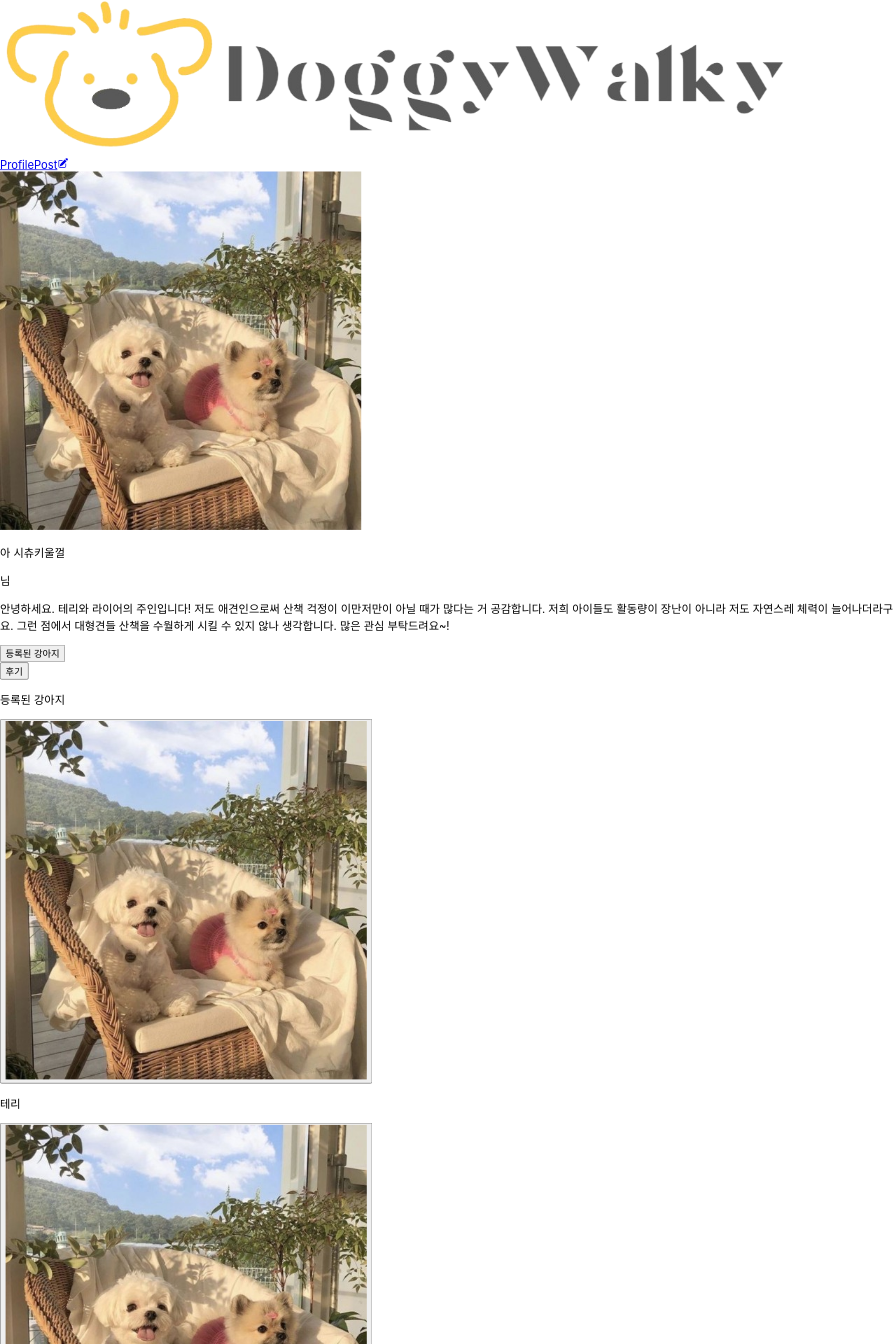
Repository: DoggyWalky/DoggyWalkyFront
Page: /Profile
The author's editor kept a copy of each file at every save. The page is drawn from the files as they stood at one save, then again after the next save.
The browser window is 1280 px wide. The pictures show the part of the page from y = 0 to 1920 px (the page is 8314 px tall before and 8316 px after), at 70% of full size.
The project was rebuilt for these pictures with package versions that can differ from the ones it lists, and the page was loaded fresh each time. Also part of the build but not shown: webpack.config.js, src/pages/NotFound.jsx, src/hooks/useScrollFadeIn.jsx, src/hooks/useScrollClipPath.jsx, src/hooks/useScrollCount.jsx, src/components/Introduce.jsx, src/components/Banner.jsx, src/pages/Home.jsx and 14 more.

Above is the page before, as saved 2024-03-02 23:56:26.

### public/index.html
<!DOCTYPE html>
<html lang="en">
  <head>
    <meta charset="utf-8" />
    <link rel="icon" href="%PUBLIC_URL%/favicon.ico" />
    <meta name="viewport" content="width=device-width, initial-scale=1" />
    <meta name="theme-color" content="#000000" />
    <meta
      name="description"
      content="Web site created using create-react-app"
    />
    <link rel="apple-touch-icon" href="%PUBLIC_URL%/logo192.png" />
    <!--
      manifest.json provides metadata used when your web app is installed on a
      user's mobile device or desktop. See https://developers.google.com/web/fundamentals/web-app-manifest/
    -->
    <link rel="manifest" href="%PUBLIC_URL%/manifest.json" />
    <!--
      Notice the use of %PUBLIC_URL% in the tags above.
      It will be replaced with the URL of the `public` folder during the build.
      Only files inside the `public` folder can be referenced from the HTML.

      Unlike "/favicon.ico" or "favicon.ico", "%PUBLIC_URL%/favicon.ico" will
      work correctly both with client-side routing and a non-root public URL.
      Learn how to configure a non-root public URL by running `npm run build`.
    -->
    <title>DoggyWalky</title>
  </head>
  <body>
    <noscript>You need to enable JavaScript to run this app.</noscript>
    <div id="root"></div>
    <script
      type="text/javascript"
      src="https://static.nid.naver.com/js/naveridlogin_js_sdk_2.0.0.js"
      charset="utf-8"
    ></script>
    <!--
      This HTML file is a template.
      If you open it directly in the browser, you will see an empty page.

      You can add webfonts, meta tags, or analytics to this file.
      The build step will place the bundled scripts into the <body> tag.

      To begin the development, run `npm start` or `yarn start`.
      To create a production bundle, use `npm run build` or `yarn build`.
    -->
  </body>
</html>

### src/index.js
import React from 'react';
import ReactDOM from 'react-dom/client';
import './index.css';
import reportWebVitals from './reportWebVitals';
import { RouterProvider, createBrowserRouter } from 'react-router-dom';
import App from './App';
import NotFound from './pages/NotFound';
import Home from './pages/Home';
import NewPost from './pages/NewPost';
import AllPosts from './pages/AllPosts';
import PostDetail from './pages/PostDetail';
import Profile from './pages/Profile';
import ModifyPost from './pages/ModifyPost';
import Chat from './pages/Chat';
import ReviewInput from './components/ReviewInput';
import PetcardDetail from './components/PetcardDetail';
import ModifyProfile from './pages/ModifyProfile';
import ModifyPet from './pages/ModifyPet';
import PetRegister from './pages/PetRegister';

const router = createBrowserRouter([
  {
    path: '/',
    element: <App />,
    errorElement: <NotFound />,
    children: [
      { index: true, path: '/', element: <Home /> },
      { path: '/Posts', element: <AllPosts /> },
      { path: '/Posts/new', element: <NewPost /> },
      { path: '/Posts/id', element: <PostDetail /> },
      { path: '/Profile', element: <Profile /> },
      { path: '/ModifyPost', element: <ModifyPost /> },
      { path: '/ModifyProfile', element: <ModifyProfile /> },
      { path: '/ModifyPet', element: <ModifyPet /> },
      { path: '/PetRegister', element: <PetRegister /> },
    ],
  },
  { path: '/Chat', element: <Chat /> },
  { path: '/ReviewInput', element: <ReviewInput /> },
  { path: '/PetcardDetail', element: <PetcardDetail /> },
]);

const root = ReactDOM.createRoot(document.getElementById('root'));
root.render(
  <React.StrictMode>
    <RouterProvider router={router} />
  </React.StrictMode>
);

reportWebVitals();

### src/App.js
import Footer from './components/Footer';
import Navbar from './components/Navbar';
import Fab from './components/Fab';
import { Outlet } from 'react-router-dom';

function App() {
  return (
    <>
      <Navbar />
      <Outlet />
      <Footer />
      <Fab />
    </>
  );
}

export default App;

### src/pages/Profile.jsx
import React from 'react';
import MemberProfile from '../components/MemberProfile';
import Review from '../components/Review';

function ReviewInputButton() {
  const openNewWindow = () => {
    window.open('/ReviewInput', '_blank', 'width=400,height=600');
  };

  return (
    <>
      <div className='mt-28 w-3/4 m-auto'>
        <div className=' '>
          <MemberProfile />
        </div>
        <div id='section2'>
          {/* className='m-auto border-t-4 border-brand ' */}
          <div className='flex items-center justify-center pt-28 mb-12'>
            <p className='font-bold text-4xl text-center  m-auto'>후기</p>
            <button>
              <img
                src='images/review.png '
                alt='review'
                className='w-12 '
                onClick={openNewWindow}
              />
            </button>
          </div>
          <div class='snap-x ... flex mb-48 overflow-x-auto p-4 shadow-2xl rounded-2xl'>
            <div class='snap-center ...'>{<Review />}</div>
            <div class='snap-center ...'>{<Review />}</div>
            <div class='snap-center ...'>{<Review />}</div>
            <div class='snap-center ...'>{<Review />}</div>
            <div class='snap-center ...'>{<Review />}</div>
          </div>
        </div>
      </div>
    </>
  );
}

export default ReviewInputButton;

### src/components/Footer.jsx
import React from 'react';
import { FaGithub } from 'react-icons/fa';

export default function Footer() {
  return (
    <div className='relative left-1/2 transform -translate-x-1/2 w-screen bg-blue h-48 text-center  '>
      <div className='w-full h-full grid justify-center items-center'>
        <div className=' flex text-white font-bold text-xl'>
          <FaGithub className='text-2xl mr-2' />
          <a
            href='https://github.com/DoggyWalky'
            target='_blank'
            rel='noopener noreferrer'
            className='hover:underline hover:text-lightYellow1'
          >
            https://github.com/DoggyWalky
          </a>
        </div>
      </div>
    </div>
  );
}

### src/components/Navbar.jsx
import React, { useCallback, useEffect, useState } from 'react';
import { Link, useLocation } from 'react-router-dom';
import { HiPencilSquare } from 'react-icons/hi2';
import naverLogin from './member/naverLogin';

export default function Navbar() {
  const [isScroll, setIsScroll] = useState(false);
  const [isHome, setIsHome] = useState(true);
  const location = useLocation();

  const handleScroll = useCallback(() => {
    if (window.scrollY > 0) {
      setIsScroll(true);
    }
    if (window.scrollY === 0) {
      setIsScroll(false);
    }
  }, []);

  useEffect(() => {
    window.addEventListener('mousewheel', handleScroll);
    return () => {
      window.removeEventListener('mousewheel', handleScroll);
    };
  }, [handleScroll]);

  useEffect(() => {
    setIsHome(location.pathname === '/');
  }, [location.pathname]);

  return (
    <div
      className={`fixed z-50 top-0 w-full left-0 transition-all duration-200 ease-in-out bg-opacity-0 h-100  ${
        isScroll ? 'shadow-md bg-white bg-opacity-100  ' : ''
      }
      ${isHome ? 'text-white' : 'text-text'}`}
    >
      <header
        className={`flex max-w-screen-xl mx-auto justify-between align-center pt-4 pb-3 h-full  ${
          isScroll ? 'text-text ' : ''
        }`}
      >
        <Link to='/'>
          <div className='w-56'>
            <img className='w-full' src='images/logo.png' alt='logo' />
          </div>
        </Link>
        <nav className='flex items-center gap-4 font-semibold'>
          <Link to='/Profile' className='text-lg'>
            Profile
          </Link>
          <Link to='/Posts' className='text-lg'>
            Post
          </Link>
          <Link to='/Posts/new' className='text-2xl'>
            <HiPencilSquare />
          </Link>
          <naverLogin />
        </nav>
      </header>
    </div>
  );
}

### src/components/Fab.jsx
import React from 'react';

function FloatingButton() {
  const openNewWindow = () => {
    window.open('/chat', '_blank', 'width=600,height=600');
  };

  return (
    <div className='relative'>
      <div className='fixed bottom-10 right-10 w-24 '>
        <button
          className='bg-lightYellow rounded-full p-3 '
          onClick={openNewWindow}
        >
          <img
            className='hover:scale-150 duration-300 w-full'
            src='images/dogsfab.png'
            alt='fab'
          />
        </button>
      </div>
    </div>
  );
}

export default FloatingButton;

### src/components/MemberProfile.jsx
//  /members get으로 요청해서 멤버 id, 닉네임, 소개, 프로필 이미지 받아오기

import React from 'react';
import Petcard from './Petcard';

const scrollToSection = (id) => {
  const element = document.getElementById(id);
  if (element) {
    element.scrollIntoView({ behavior: 'smooth' });
  }
};

export default function MemberProfile() {
  return (
    <div>
      <div className=' p-4 pt-3 mb-16 items-center  bg-slate-200 shadow-2xl  rounded-3xl'>
        <div className='mx-auto '>
          <img
            className='rounded-full w-64 mx-auto '
            src='images/pet.jpg'
            alt='Pet'
          />
        </div>
        <div className='  text-center   text-lg  p-4 mb-7'>
          <div className='flex items-baseline justify-center'>
            {/* 닉네임 받아오기 String */}
            <p className='text-2xl font-extrabold mb-5'>아 시츄키울껄</p>
            <p className='font-bold'>님</p>
          </div>
          <p>
            안녕하세요. 테리와 라이어의 주인입니다! 저도 애견인으로써 산책
            걱정이 이만저만이 아닐 때가 많다는 거 공감합니다. 저희 아이들도
            활동량이 장난이 아니라 저도 자연스레 체력이 늘어나더라구요. 그런
            점에서 대형견들 산책을 수월하게 시킬 수 있지 않나 생각합니다. 많은
            관심 부탁드려요~!
          </p>
        </div>
      </div>

      <div className=' relative flex -top-24   z-10 w-2/5 h-12 items-center mx-auto  shadow-2xl text-lg bg-white rounded-lg'>
        <button
          className=' w-1/2 text-center  font-bold  hover:text-brand hover:scale-150'
          onClick={() => scrollToSection('section1')}
        >
          등록된 강아지
        </button>
        <div className='  divider  divider-horizontal h-10 pt-2 '></div>
        <button
          className=' w-1/2  text-center font-bold  hover:text-brand hover:scale-150'
          onClick={() => scrollToSection('section2')}
        >
          후기
        </button>
      </div>

      <div
        id='section1'
        className='pt-28 pb-40 w-screen bg-slate-100  mx-auto -translate-x-80'
      >
        <div className=' '>
          <p className='font-bold text-4xl text-center mb-24 '>등록된 강아지</p>
          <div class='snap-x ... flex mb-10 p-10 mx-80  bg-white shadow-2xl rounded-2xl overflow-x-auto'>
            <div class='snap-center ...'>{<Petcard />}</div>
            <div class='snap-center ...'>{<Petcard />}</div>
            <div class='snap-center ...'>{<Petcard />}</div>
            <div class='snap-center ...'>{<Petcard />}</div>
            <div class='snap-center ...'>{<Petcard />}</div>
          </div>
        </div>
      </div>
    </div>
  );
}

### src/components/Review.jsx
import React from 'react';

export default function Review() {
  return (
    <div className='py-6  bg-gray-100 rounded-3xl mb-5 mr-8 min-w-96 p-5'>
      <div>
        <section className=''>
          <dev className='flex items-center  mb-3 '>
            <img
              className='rounded-full w-14 mr-4'
              src='images/pet.jpg'
              alt='Pet'
            />
            <p className='font-bold '>doggywalky_123</p>
            <div className='rating flex ml-auto mr- '>
              <input
                type='radio'
                name='rating-4'
                className='mask mask-star-2 bg-brand'
              />
              <input
                type='radio'
                name='rating-4'
                className='mask mask-star-2 bg-brand'
                checked
              />
              <input
                type='radio'
                name='rating-4'
                className='mask mask-star-2 bg-brand'
              />
              <input
                type='radio'
                name='rating-4'
                className='mask mask-star-2 bg-brand'
              />
              <input
                type='radio'
                name='rating-4'
                className='mask mask-star-2 bg-brand'
              />
            </div>
          </dev>
          <p>
            Lorem ipsum dolor sit amet consectetur adipisicing elit. Pariatur
            dignissimos, commodi maiores molestias nisi id rem eum mollitia
            eius, at magni natus tempora esse officia magnam numquam.
            Architecto, ratione tempora.
          </p>
        </section>
      </div>
    </div>
  );
}

### src/components/Petcard.jsx
// /owners/{owner-id}/dogs 유저의 강아지 목록 가져오기

import React, { useState } from 'react';
import PetcardDetail from './PetcardDetail';

function Petcard() {
  const [isPetCardOpen, setIsPetCardOpen] = useState(false);

  return (
    <div className='min-w-80'>
      <div className='flex items-center '>
        <button onClick={() => setIsPetCardOpen(!isPetCardOpen)}>
          <img
            className='rounded-md w-28 h-28 mr-4'
            src='images/pet.jpg'
            alt='Pet'
          />
        </button>
        <p>테리</p>
      </div>

      {isPetCardOpen && (
        <div className='fixed z-50 inset-0 flex items-center justify-center bg-gray-500 bg-opacity-50'>
          <div className=' bg-lightYellow rounded-2xl'>
            <button
              className='flex mt-2  text-black font-bold px-4 rounded ml-auto mr-2'
              onClick={() => setIsPetCardOpen(false)}
            >
              X
            </button>
            <PetcardDetail />
          </div>
        </div>
      )}
    </div>
  );
}

export default Petcard;

### src/components/ui/Button.jsx
import React from 'react';

export default function Button({ text, onClick }) {
  return (
    <button className='btn btn-outline btn-accent' onClick={onClick}>
      {text}
    </button>
  );
}

### src/components/member/naverLogin.jsx
import React from 'react';
import Button from '../ui/Button';

export default function NaverLogin() {
  const NaverLogin = () => {
    const NAVER_CLIENT_ID = process.env.REACT_APP_NAVER_CLIENT_ID;
    const REDIRECT_URI = 'http://localhost:3000/callback'; // Callback URL
    const STATE = 'false';
    const NAVER_AUTH_URL = `http://nid.naver.com/oauth2.0/authorize?response_type=code&client_id=${NAVER_CLIENT_ID}&&state=${STATE}&redirect_uri=${REDIRECT_URI}`;

    window.location.href = NAVER_AUTH_URL;

    //        const code = new URL(window.location.href).searchParams.get('code');
  };

  return <Button onClick={NaverLogin} text={'Login'} />;
}

Loaded but not shown: src/index.css (common file); src/reportWebVitals.js (common file)

After the next save:
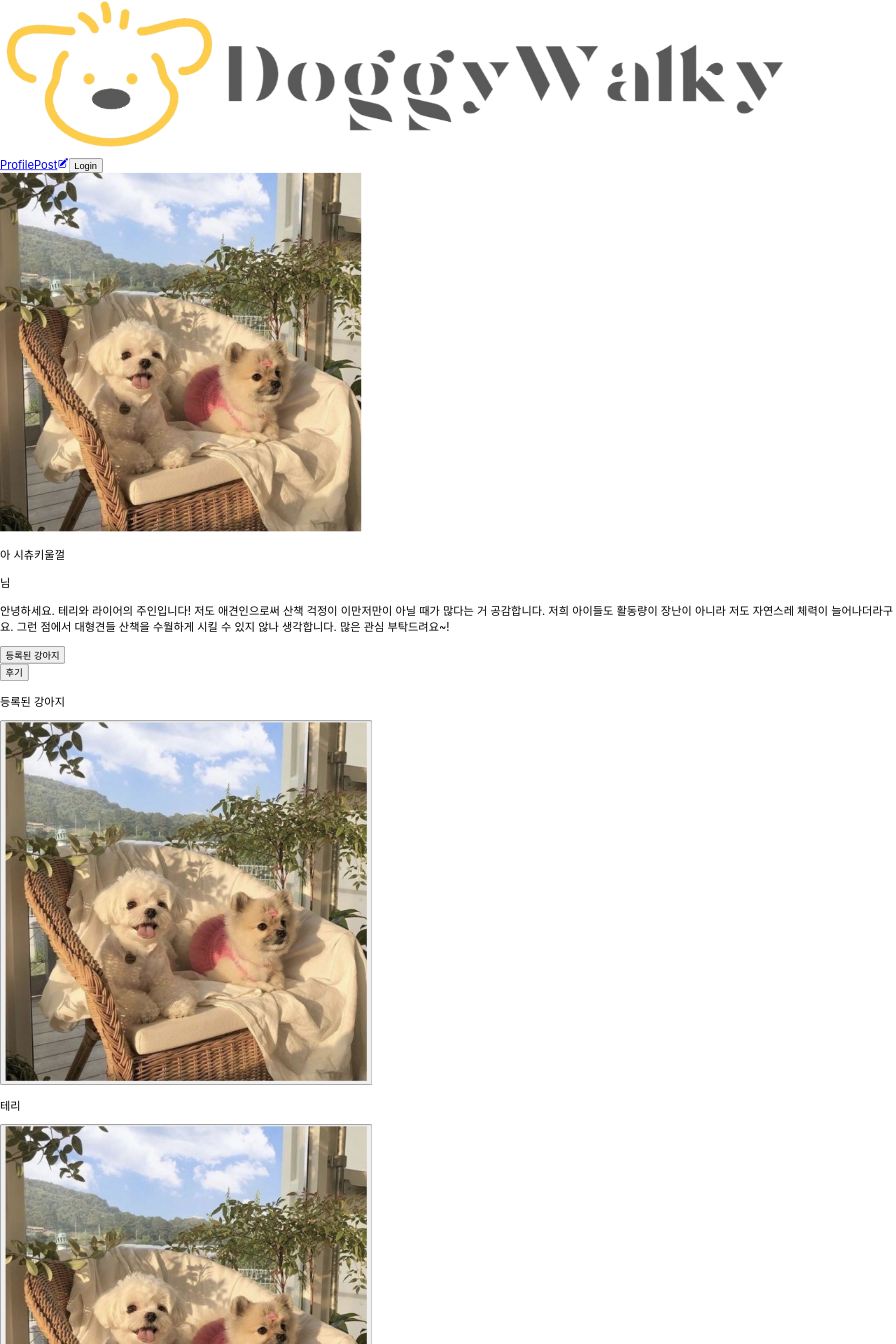
Saved 15 s later.
--- a/src/components/Navbar.jsx
+++ b/src/components/Navbar.jsx
@@ -1,7 +1,7 @@
 import React, { useCallback, useEffect, useState } from 'react';
 import { Link, useLocation } from 'react-router-dom';
 import { HiPencilSquare } from 'react-icons/hi2';
-import naverLogin from './member/naverLogin';
+import NaverLogin from './member/NaverLogin';
 
 export default function Navbar() {
   const [isScroll, setIsScroll] = useState(false);
@@ -55,7 +55,7 @@ export default function Navbar() {
           <Link to='/Posts/new' className='text-2xl'>
             <HiPencilSquare />
           </Link>
-          <naverLogin />
+          <NaverLogin />
         </nav>
       </header>
     </div>
